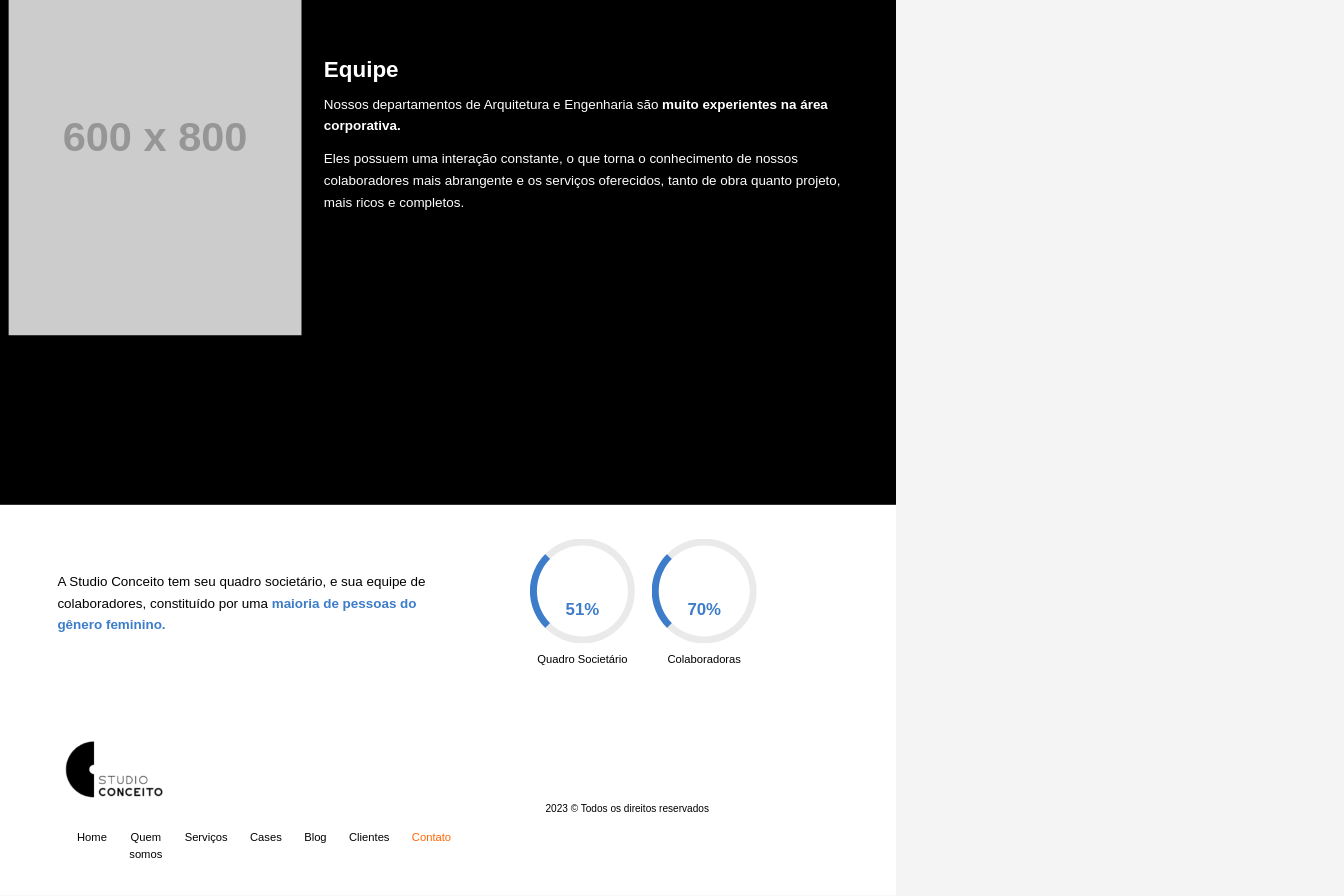
Repository: Upstairs-Agencia/studio-conceito-react
Page: /quem-somos
An editor plug-in stored every save of this project. The page is shown before and after the next save, followed by the edit.
The browser window is 1280 px wide. The page is 1920 px wide, so the pictures cover 1920 px, including what lies to the right of the window. The pictures show the part of the page from y = 2475 to 3755 px (the page is 3755 px tall before and 3455 px after), at 70% of full size.
The project was rebuilt for these pictures with package versions that can differ from the ones it lists, and the page was loaded fresh each time. Also part of the build but not shown: src/pages/Home.js, src/pages/Servicos.js, src/styles/cases.css, src/pages/Cases.js, src/pages/Blog.js, src/pages/Clientes.js, src/pages/Contato.js.

Above is the page before, as saved 2024-12-29 12:47:17.

### public/index.html
<!DOCTYPE html>
<html lang="en">
  <head>
    <meta charset="utf-8" />
    <link rel="icon" href="%PUBLIC_URL%/favicon.ico" />
    <meta name="viewport" content="width=device-width, initial-scale=1" />
    <meta name="theme-color" content="#000000" />
    <meta
      name="description"
      content="Web site created using create-react-app"
    />
    <link rel="apple-touch-icon" href="%PUBLIC_URL%/logo192.png" />
    <!--
      manifest.json provides metadata used when your web app is installed on a
      user's mobile device or desktop. See https://developers.google.com/web/fundamentals/web-app-manifest/
    -->
    <link rel="manifest" href="%PUBLIC_URL%/manifest.json" />
    <!--
      Notice the use of %PUBLIC_URL% in the tags above.
      It will be replaced with the URL of the `public` folder during the build.
      Only files inside the `public` folder can be referenced from the HTML.

      Unlike "/favicon.ico" or "favicon.ico", "%PUBLIC_URL%/favicon.ico" will
      work correctly both with client-side routing and a non-root public URL.
      Learn how to configure a non-root public URL by running `npm run build`.
    -->
    <title>Studio Conceito</title>
  </head>
  <body>
    <noscript>You need to enable JavaScript to run this app.</noscript>
    <div id="root"></div>
    <!--
      This HTML file is a template.
      If you open it directly in the browser, you will see an empty page.

      You can add webfonts, meta tags, or analytics to this file.
      The build step will place the bundled scripts into the <body> tag.

      To begin the development, run `npm start` or `yarn start`.
      To create a production bundle, use `npm run build` or `yarn build`.
    -->
  </body>
</html>

### src/index.js

import React from 'react';
import ReactDOM from 'react-dom';
import App from './App';
import 'mdb-react-ui-kit/dist/css/mdb.min.css'; // MDB styles
import './index.css'; // Global styles

ReactDOM.render(
  <React.StrictMode>
    <App />
  </React.StrictMode>,
  document.getElementById('root')
);

### src/App.js

import React from 'react';
import { BrowserRouter as Router, Routes, Route } from 'react-router-dom';
import Home from './pages/Home';
import QuemSomos from './pages/QuemSomos';
import Servicos from './pages/Servicos';
import Cases from './pages/Cases';
import Blog from './pages/Blog';
import Clientes from './pages/Clientes';
import Contato from './pages/Contato';

function App() {
  return (
    <Router>
      <Routes>
        <Route path="/" element={<Home />} />
        <Route path="/quem-somos" element={<QuemSomos />} />
        <Route path="/servicos" element={<Servicos />} />
        <Route path="/cases" element={<Cases />} />
        <Route path="/blog" element={<Blog />} />
        <Route path="/clientes" element={<Clientes />} />
        <Route path="/contato" element={<Contato />} />
      </Routes>
    </Router>
  );
}

export default App;

### src/index.css

body {
  margin: 0;
  font-family: Arial, sans-serif;
  background-color: #f4f4f4;
}

### src/pages/QuemSomos.js
import React from "react";
import Navbar from "../components/navbar"; // Importando o componente Navbar
import { MDBContainer, MDBRow, MDBCol } from "mdb-react-ui-kit";
import { FaBullseye, FaEye, FaHeart } from "react-icons/fa";

import Footer from "../components/footer";
import "../styles/quemsomos.css";

export default function QuemSomos() {
  return (
    <>
      {/* Navbar */}
      <Navbar />

      {/* Seção de cabeçalho do quem somos */}
      <section className="bg-black text-white py-5">
        <MDBContainer>
          <MDBRow className="align-items-center">
            <MDBCol md="6">
              <h1 className="fw-bold">Quem somos</h1>
            </MDBCol>
            <MDBCol md="6" className="text-end">
              <img
                src="https://placehold.co/200x150" // Imagem maior para seguir o padrão original
                alt="Padrão gráfico"
                style={{ maxWidth: "200px", marginRight: "4rem" }}
              />
            </MDBCol>
          </MDBRow>
        </MDBContainer>
      </section>

      {/* Quem Somos Section */}
      <section className="py-5 ">
        <MDBContainer>
          <MDBRow className="align-items-center">
            <MDBCol md="6">
              <img
                src="https://via.placeholder.com/600x400"
                alt="Studio Conceito"
                className="img-fluid"
              />
            </MDBCol>
            <MDBCol md="6">
              <h2 className="fw-bold mb-4">Studio Conceito</h2>
              <p>
                A Studio Conceito Arquitetura foi{" "}
                <strong>fundada em 2009</strong> e conta com uma equipe
                altamente capacitada e com grande experiência na área
                corporativa.
              </p>
              <p>
                O <strong>Atendimento Personalizado</strong> é o grande foco de
                nossa empresa, visando sempre garantir a satisfação e a
                consequente fidelização de nossos clientes.
              </p>
            </MDBCol>
          </MDBRow>
        </MDBContainer>
        <img
          src="https://via.placeholder.com/1920x200"
          alt="Studio Conceito"
          className="imagemfundo"
        />
      </section>

      {/* Sócios Section */}
      <section className="py-5 socios text-white">
        <MDBContainer>
          <h1 className="text-left titulosocios fw-bold mb-5">Sócios</h1>
          <MDBRow className="text-center">
            <MDBCol md="6" className="mb-4">
              <div className="team-member">
                <img
                  src="https://via.placeholder.com/400x400"
                  alt="Arq. Cristina Castilho"
                  className="img-fluid mb-2"
                />
                <h4 className="fw-bold">Arq. Cristina Castilho</h4>
                <p>CEO | Sócia fundadora</p>
              </div>
            </MDBCol>
            <MDBCol md="6" className="mb-4">
              <div className="team-member">
                <img
                  src="https://via.placeholder.com/400x400"
                  alt="Arq. Gabriel Castilho"
                  className="img-fluid mb-2"
                />
                <h4 className="fw-bold">Arq. Gabriel Castilho</h4>
                <p>COO | Sócio fundador</p>
              </div>
            </MDBCol>
          </MDBRow>
        </MDBContainer>
      </section>

      {/* Atendemos em todo Brasil Section */}
      <section className="py-5 bg-light">
        <MDBContainer>
          <MDBRow className="align-items-center">
            <MDBCol md="6" className="title-container">
              <h1 className="atendemos-title">Atendemos</h1>
              <h1 className="brasil-title">em todo Brasil</h1>
            </MDBCol>
            <MDBCol md="6">
              <p className="text-large">
                Com uma equipe multidisciplinar e altamente capacitada, composta
                por arquitetos, engenheiros e designers, apresentamos as
                melhores soluções para as demandas de nossos clientes, tanto na
                área de <span className="fw-bold">projeto</span> como de{" "}
                <span className="fw-bold">obra</span>.
              </p>
              <p className="text-large">
                Adequamos nossos times às necessidades de cada solicitação,
                sejam elas projetos, gerenciamento e execução de obra. Do início
                ao fim, ficamos ao lado do cliente{" "}
                <span className="fw-bold">cuidando de todos os detalhes!</span>
              </p>
            </MDBCol>
          </MDBRow>
        </MDBContainer>
      </section>

      {/* Missão, Visão e Valores Section */}
      <section className="py-5 bg-white">
        <MDBContainer>
          <MDBRow className="text-center mission-row">
            <MDBCol md="4" className="mission-col">
              <div className="icon-container">
                <FaBullseye size={40} color="#3d7cc9" />
              </div>
              <h5 className="fw-bold">Missão</h5>
              <div className="divider"></div>
              <p>
                Apresentar as melhores soluções para as demandas dos nossos
                clientes, tanto na área de projeto como de obra.
              </p>
            </MDBCol>
            <MDBCol md="4" className="mission-col">
              <div className="icon-container">
                <FaEye size={40} color="#3d7cc9" />
              </div>
              <h5 className="fw-bold">Visão</h5>
              <div className="divider"></div>
              <p>
                Queremos ser reconhecidos como a empresa que mais cuida de seus
                clientes e colaboradores, próximos e atentos a todos os
                detalhes.
              </p>
            </MDBCol>
            <MDBCol md="4" className="mission-col">
              <div className="icon-container">
                <FaHeart size={40} color="#3d7cc9" />
              </div>
              <h5 className="fw-bold">Valores</h5>
              <div className="divider"></div>
              <p>
                Ética, Transparência, Respeito à Vida, Inovação, Paixão,
                Excelência, Flexibilidade, Sustentabilidade, Equilíbrio e
                Fidelização.
              </p>
            </MDBCol>
          </MDBRow>
        </MDBContainer>

        {/* Equipe Section */}
        <section className="equipe-section">
          <MDBContainer fluid className="d-flex align-items-center">
            <MDBCol md="4" className="p-0">
              <img
                src="https://via.placeholder.com/600x800"
                alt="Equipe"
                className="img-fluid equipe-image"
              />
            </MDBCol>
            <MDBCol
              md="8"
              className="d-flex flex-column justify-content-center equipe-text"
            >
              <h2 className="fw-bold text-left mb-3">Equipe</h2>
              <p className="text-left">
                Nossos departamentos de Arquitetura e Engenharia são{" "}
                <strong>muito experientes na área corporativa.</strong>
              </p>
              <p className="text-left">
                Eles possuem uma interação constante, o que torna o conhecimento
                de nossos colaboradores mais abrangente e os serviços
                oferecidos, tanto de obra quanto projeto, mais ricos e
                completos.
              </p>
            </MDBCol>
          </MDBContainer>
        </section>

        {/* Diversidade Section */}
        <section className="diversidade-section">
          <MDBContainer className="d-flex align-items-center justify-content-between">
            <MDBCol md="6" className="d-flex flex-column diversidade-text">
              <p className="text-left">
                A Studio Conceito tem seu quadro societário, e sua equipe de
                colaboradores, constituído por uma{" "}
                <span className="destaque">
                  maioria de pessoas do gênero feminino.
                </span>
              </p>
            </MDBCol>
            <MDBCol md="6" className="d-flex justify-content-center gap-4">
              {/* Gráfico Quadro Societário */}
              <div className="grafico-container">
                <div className="grafico"></div>
                <span className="grafico-percentual">51%</span>
                <p className="grafico-label">Quadro Societário</p>
              </div>

              {/* Gráfico Colaboradoras */}
              <div className="grafico-container">
                <div className="grafico"></div>
                <span className="grafico-percentual">70%</span>
                <p className="grafico-label">Colaboradoras</p>
              </div>
            </MDBCol>
          </MDBContainer>
        </section>

        <Footer />
      </section>
    </>
  );
}

### src/components/navbar.js
import React, { useState } from "react";

import Logo from "../images/logoBlack.png";

import {
  MDBNavbar,
  MDBNavbarBrand,
  MDBContainer,
} from "mdb-react-ui-kit";
import { FaLinkedin, FaInstagram, FaPinterest, FaBars } from "react-icons/fa";
import { IoIosClose } from "react-icons/io";
import { Link } from "react-router-dom";

import SeloGptw from "../images/selo-gptw.png";

const Navbar = () => {
  const [showMenu, setShowMenu] = useState(false);

  return (
    <>
      {/* Navbar */}
      <MDBNavbar dark bgColor="white" className="py-4 px-5">
        <MDBContainer fluid className="d-flex justify-content-between align-items-center">
          {/* Logo */}
          <MDBNavbarBrand href="#" className="ms-5">
            <img
              src={Logo}
              alt="Logo"
              style={{ maxHeight: "90px", marginLeft: "12vw"}}
            />
          </MDBNavbarBrand>

          {/* Social Icons and Menu Toggle */}
          <div className="d-flex align-items-center">
            {/* Social Icons */}
            <div className="d-flex gap-3 me-3">
              <button className="btn btn-light rounded-circle p-2">
                <FaLinkedin size={30} />
              </button>
              <button className="btn btn-light rounded-circle p-2">
                <FaInstagram size={30} />
              </button>
              <button className="btn btn-light rounded-circle p-2">
                <FaPinterest size={30} />
              </button>
            </div>

            {/* FaBars Icon for Sidebar */}
            <button
              className="btn rounded-circle p-2"
              style={{
                background: "none",
                border: "none",
                cursor: "pointer",
              }}
              onClick={() => setShowMenu(!showMenu)}
            >
              <FaBars size={20} color="black" />
            </button>
          </div>
        </MDBContainer>
      </MDBNavbar>

      {/* Sidebar Menu */}
      {showMenu && (
        <div
          className="position-fixed top-0 end-0 bg-white vh-100 vw-350 shadow-lg d-flex flex-column"
          style={{ zIndex: 1050, width: "500px" }}
        >
          <div className="d-flex justify-content-end p-3">
            {/* Close Button */}
            <button
              className="p-0"
              style={{
                background: "none",
                border: "none",
                cursor: "pointer",
              }}
              onClick={() => setShowMenu(false)}
            >
              <IoIosClose size={40} />
            </button>
          </div>





          <div className="p-4 flex-grow-1">
            {/* Menu Items */}
            <ul className="list-unstyled">
              {[
                { label: "Home", link: "/" },
                { label: "Quem somos", link: "/quem-somos" },
                { label: "Serviços", link: "/servicos" },
                { label: "Cases", link: "/cases" },
                { label: "Blog", link: "/blog" },
                { label: "Clientes", link: "/clientes" },
                { label: "Contato", link: "/contato" },
              ].map((item, index) => (
                <li key={index} className="py-2">
                  <Link
                    to={item.link}
                    className="text-decoration-none fs-6"
                    style={{
                      transition: "all 0.3s ease-in-out", // Transição suave
                      color:"black"
                    }}
                    onMouseOver={(e) => {
                      e.currentTarget.style.color = "#FF7F30"; // Altera a cor
                      e.currentTarget.style.fontWeight = "bold"; // Negrito
                    }}
                    onMouseOut={(e) => {
                      e.currentTarget.style.color = "black"; // Retorna à cor original
                      e.currentTarget.style.fontWeight = "normal"; // Retira o negrito
                    }}
                  >
                    {item.label}
                  </Link>
                </li>
              ))}
            </ul>
          </div>



          {/* Footer Section */}
          <div className="d-flex justify-content-between align-items-center px-4 pb-4">
            {/* Social Icons */}
            <div className="d-flex gap-3">
              <button className="btn btn-dark rounded-circle p-2">
                <FaLinkedin size={20} color="white" />
              </button>
              <button className="btn btn-dark rounded-circle p-2">
                <FaInstagram size={20} color="white" />
              </button>
              <button className="btn btn-dark rounded-circle p-2">
                <FaPinterest size={20} color="white" />
              </button>
            </div>

            {/* Placeholder Image */}
            <img
              src={SeloGptw}
              alt="Great Place to Work"
              style={{ maxHeight: "200px", marginBottom: "4rem" }}
            />
          </div>
        </div>
      )}
    </>
  );
};

export default Navbar;

### src/components/footer.js
import React from "react";
import { MDBFooter, MDBContainer, MDBRow, MDBCol } from "mdb-react-ui-kit";
import Logo from "../images/logoBlack.png";
import "../styles/footer.css";

const Footer = () => {
  return (
    <MDBFooter className="footer-container text-center text-white">
      <MDBContainer className="p-4 footer-content">

        <MDBRow className="content-signature">
            {/* Logo e Nome */}
            <MDBCol md="4" className="mb-4 footer-left">
                <img
                    src={Logo}
                    alt="Studio Conceito Logo"
                    className="footer-logo"
                />

                {/* Navegação */}
                <MDBCol md="4" className="mb-3 footer-center">
                    <nav className="footer-nav">
                        <a href="/">Home</a>
                        <a href="/quem-somos"> Quem somos </a>
                        <a href="/servicos">Serviços</a>
                        <a href="/cases">Cases</a>
                        <a href="/blog">Blog</a>
                        <a href="/clientes">Clientes</a>
                        <a href="/contato" className="footerHighlight">
                            Contato
                        </a>
                    </nav>
                </MDBCol>

            </MDBCol>

            {/* Direitos Reservados */}
            <MDBCol md="4" className="mb-4 footer-right">
                <p className="mb-0">2023 &copy; Todos os direitos reservados</p>
            </MDBCol>

        </MDBRow>



      </MDBContainer>
    </MDBFooter>
  );
};

export default Footer;

### src/styles/quemsomos.css
.socios{
    background-color: #000;
}

.titulosocios{
    margin-left: 7rem;
}

/* Título: Atendemos em todo Brasil */
.title-container {
    text-align: left;
  }

  .atendemos-title {
    font-size: 2.5rem;
    font-weight: normal;
    color: #000;
  }

  .brasil-title {
    font-size: 2.5rem;
    font-weight: bold;
    color: #000;
    margin-top: -10px; /* Para aproximar os textos */
  }

  /* Texto em letras maiores */
  .text-large {
    font-size: 1.2rem;
    line-height: 1.8;
    text-align: left;
  }

  /* Missão, Visão e Valores */
  .mission-row {
    justify-content: space-between;
  }

  .mission-col {
    text-align: left;
    max-width: 400px;
  }

  .icon-container {
    margin-bottom: 10px;
  }

  .divider {
    width: 100%;
    height: 2px;
    background-color: #000;
    margin: 10px auto;
  }

  /* Equipe Section */
.equipe-section {
    background-color: #000;
    color: #fff;
    height: 800px;
  }

  .equipe-image {
    object-fit: cover;
    height: 100%;
    width: 100%;
  }

  .equipe-text {
    padding: 0 2rem;
  }

  .equipe-text h2 {
    font-size: 2rem;
  }

  .equipe-text p {
    font-size: 1.2rem;
  }

  /* Diversidade Section */
  .diversidade-section {
    background-color: #fff;
    color: #000;
    padding: 3rem 0;
  }

  .diversidade-text p {
    font-size: 1.2rem;
  }

  .diversidade-text .destaque {
    color: #3d7cc9;
    font-weight: bold;
  }

  /* Gráficos */
  .grafico-container {
    position: relative;
    text-align: center;
  }

  .grafico {
    width: 150px;
    height: 150px;
    border-radius: 50%;
    border: 10px solid #eaeaea;
    border-top: 10px solid #3d7cc9;
    transform: rotate(-90deg);
    margin: 0 auto;
  }

  .grafico-percentual {
    position: absolute;
    top: 50%;
    left: 50%;
    transform: translate(-50%, -50%);
    color: #3d7cc9;
    font-weight: bold;
    font-size: 1.5rem;
  }

  .grafico-label {
    margin-top: 10px;
    font-size: 1rem;
  }


  /* Responsividade */
  @media (max-width: 768px) {
    .atendemos-title,
    .brasil-title {
      font-size: 2rem;
    }

    .text-large {
      font-size: 1rem;
    }

    .mission-col {
      max-width: 100%;
    }
  }

### src/styles/footer.css
.footer-container {
    background-color: white;
    height: 25vh !important; /* Ocupa 30% da altura da tela */
    display: flex;
    justify-content: center;
    align-items: center;
    color: black;
    font-family: Arial, sans-serif;
    margin: 1rem 0;
  }

  .footer-content {
    height: 100%; /* Garante que o conteúdo ocupe toda a altura do footer */
  }

  .content-signature{
    display: flex;
    flex-direction: row;
  }

  .footer-left {
    display: flex;
    flex-direction: column;
  }

  .footer-logo {
    max-width: 40%; /* Aumenta a imagem para 40% de seu tamanho */
    margin-bottom: 10px;
  }


  .footer-center {
    text-align: center;
    margin: 2rem 0;
  }

  .footer-nav{
    display: flex;
    flex-direction: row;
    justify-content: space-around;
    width:35vw;

  }

  .footerHighlight {
    color: #ff6600 !important;
  }

  .footer-nav a {
    margin: 1px 1rem;
    text-decoration: none;
    color: #000;
    font-size: 1rem;
    transition: color 0.3s ease;
  }

  .footer-nav a:hover {
    color: #ff6600;
  }



  .footer-right {
    text-align: center;
    display: flex;
    justify-content: center;
    align-items: center;
    margin-left: 20vw;
    font-size: 0.9rem;
    color: #000;
  }

After the next save:
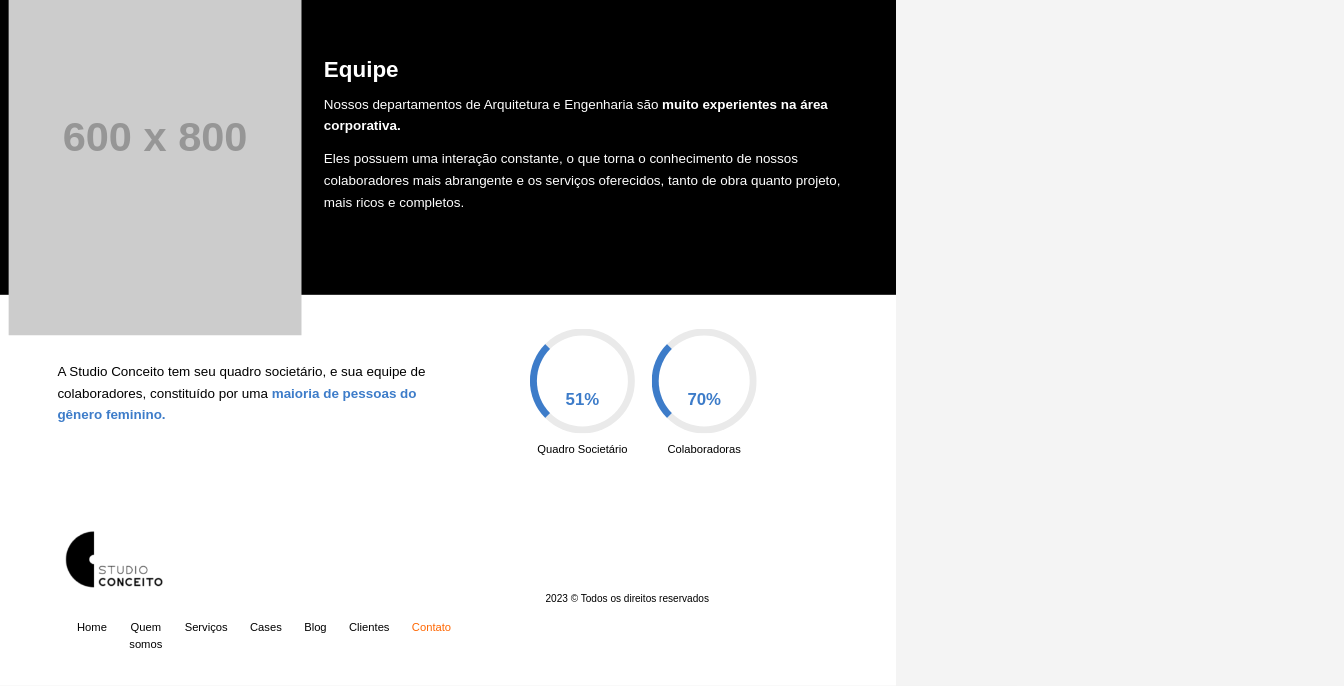
Saved 15 s later.
--- a/src/styles/quemsomos.css
+++ b/src/styles/quemsomos.css
@@ -56,7 +56,7 @@
 .equipe-section {
     background-color: #000;
     color: #fff;
-    height: 800px;
+    height: 500px;
   }
 
   .equipe-image {
